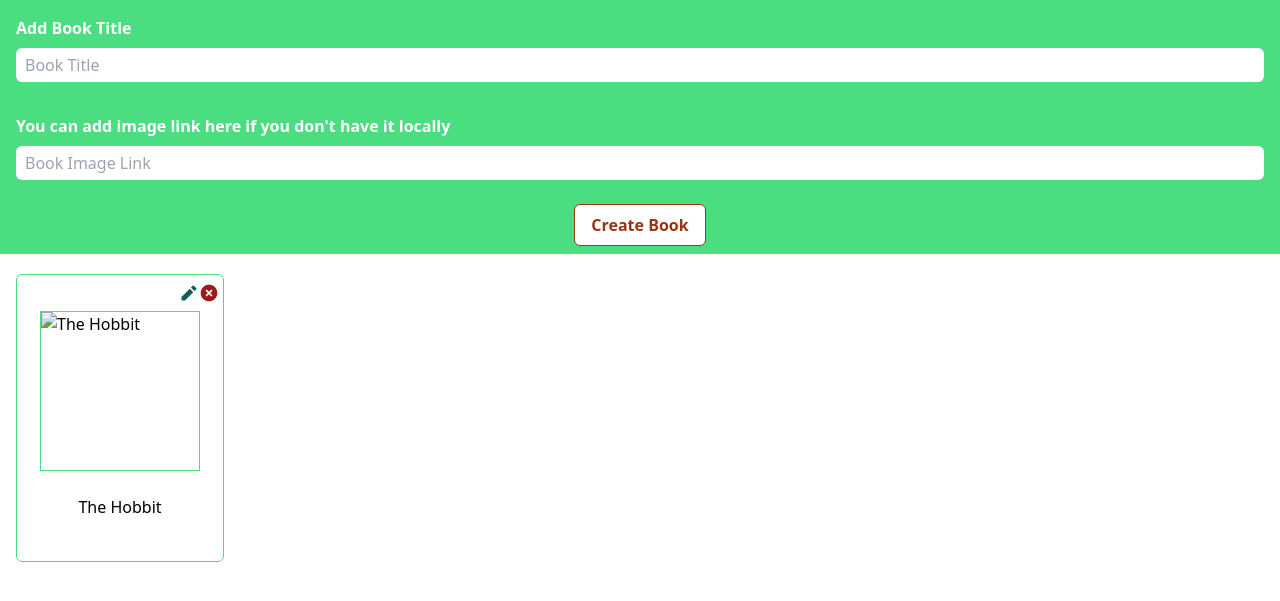
Repository: Marhamat92/booksappwithcontext
Page: /
An editor plug-in stored every save of this project. The page is shown before and after the next save, followed by the edit.
The browser window is 1280 px wide. The pictures show the whole page.
The project was rebuilt for these pictures with package versions that can differ from the ones it lists, and the page was loaded fresh each time. Requests to the local data server were answered from the project's data file. Also part of the build but not shown: src/App.css, src/components/Books/EditBook.tsx.

Above is the page before, as saved 2022-12-10 18:16:48.

After the next save:
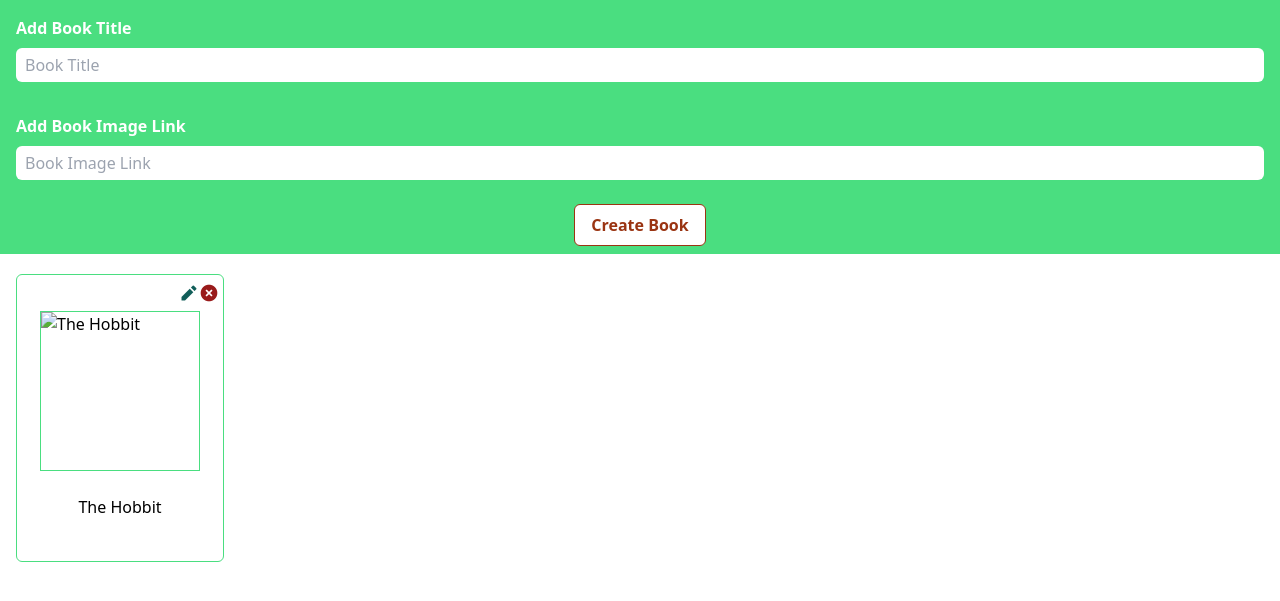
Saved 7 min 39 s later.
--- a/src/App.tsx
+++ b/src/App.tsx
@@ -87,7 +87,7 @@ function App() {
           />
           {/* <ImageInput onChange={handleImageChange} label='Add Book Image' /> */}
           <TextInput
-            label="You can add image link here if you don't have it locally"
+            label='Add Book Image Link'
             placeholder='Book Image Link'
             value={imageLink}
             onChange={handleImageLinkChange}
